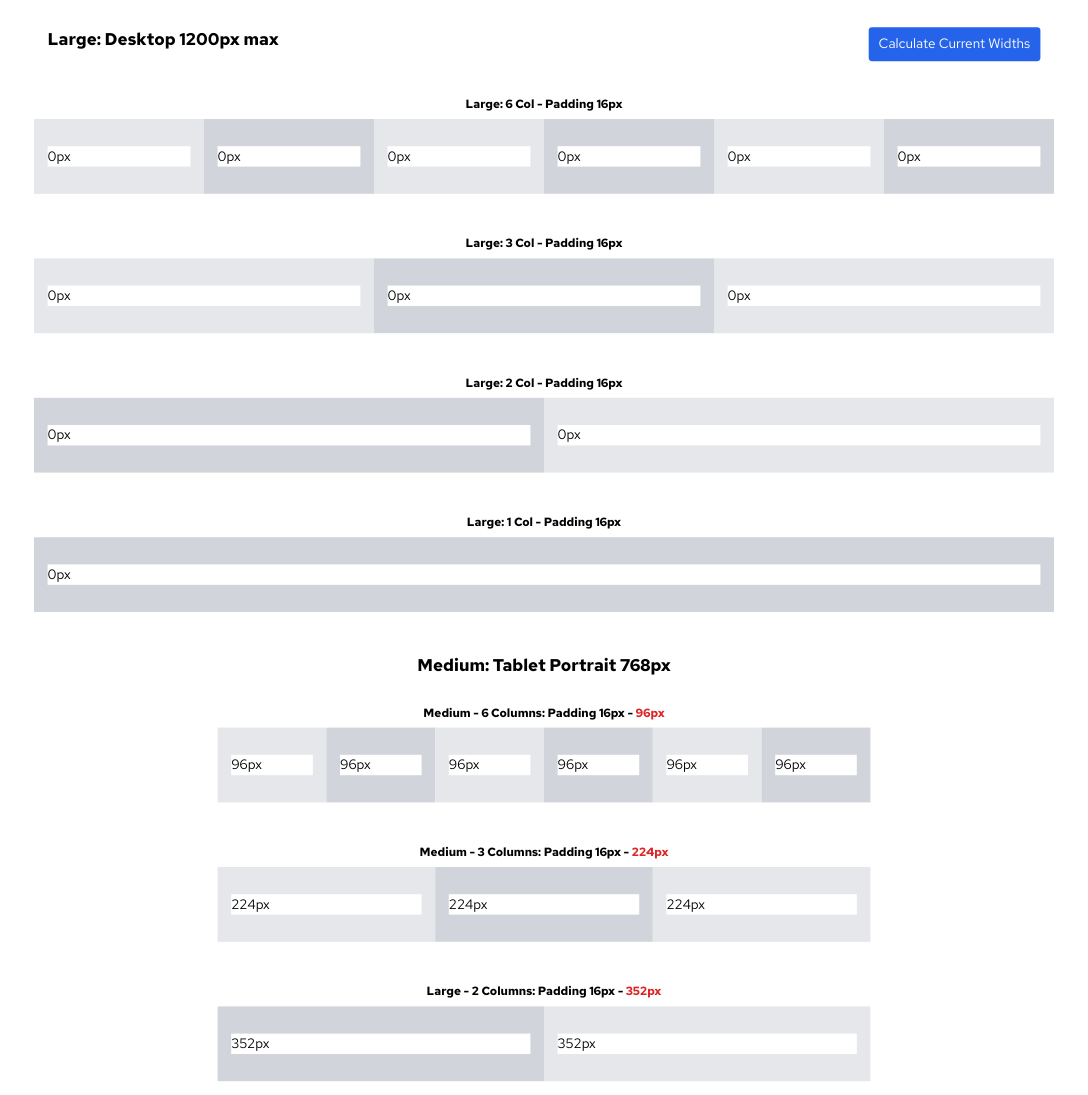
Repository: fabianwurk/vue-tailwind
Page: /
These files come from the project's save history. The page is drawn as it stood at one moment and after the next save; the edit follows.
The browser window is 1280 px wide. The pictures show the whole page, at 85% of full size.
The project was rebuilt for these pictures with package versions that can differ from the ones it lists, and the page was loaded fresh each time. Also part of the build but not shown: vite.config.js.

Above is the page before, as saved 2021-03-16 22:20:20.

After the next save:
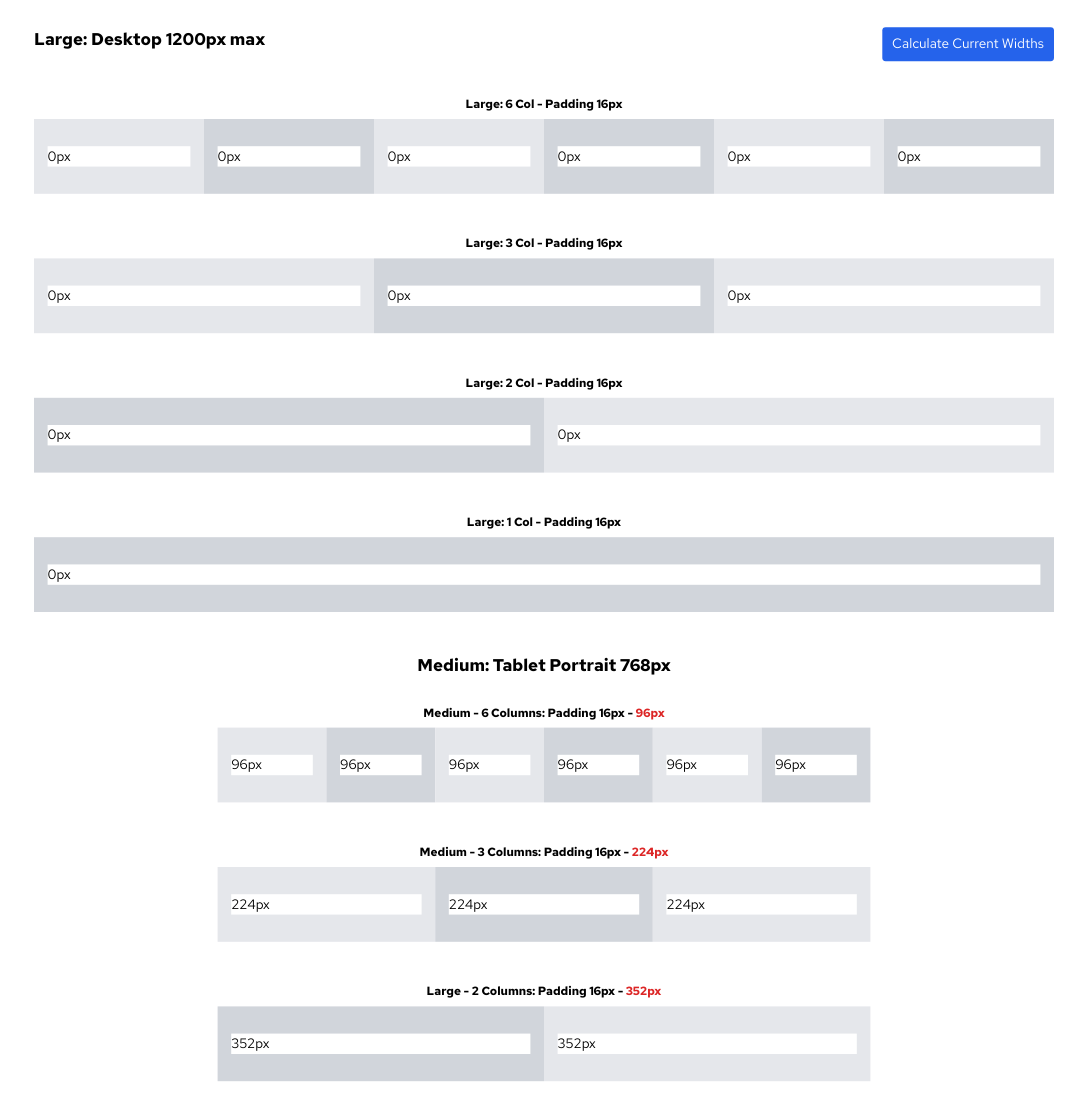
Saved 4 min 11 s later.
--- a/src/components/Large.vue
+++ b/src/components/Large.vue
@@ -2,7 +2,7 @@
   <div>
 
     <div class="container mx-auto">
-      <div class="flex flex-wrap justify-between px-4">
+      <div class="flex flex-wrap justify-between px-4 lg:px-0">
         <h1 class="text-xl font-bold mb-2 mt-8 text-center">Large: Desktop 1200px max</h1>
         <button class="bg-blue-600 hover:bg-blue-800 text-white px-3 py-2 mt-8 mb-2 rounded" @click="calculateWidth()">Calculate Current Widths</button>
       </div>
